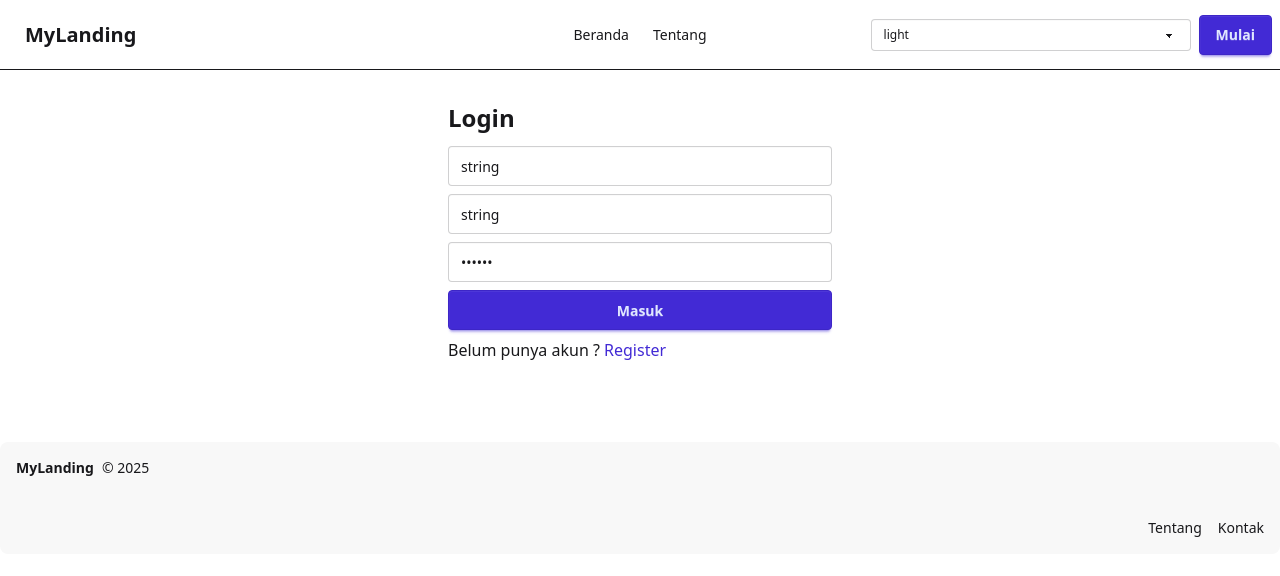
Repository: khulqu15/reactjs-learn
Page: /login (app in day3/)
The author's editor kept a copy of each file at every save. The page is drawn from the files as they stood at one save, then again after the next save.
The browser window is 1280 px wide. The pictures show the whole page.
The project was rebuilt for these pictures with package versions that can differ from the ones it lists, and the page was loaded fresh each time. Also part of the build but not shown: day3/vite.config.js, day3/src/components/Hero.jsx, day3/src/pages/Home.jsx, day3/src/pages/About.jsx, day3/src/routes/ProtectedRoute.jsx, day3/src/pages/Register.jsx, day3/src/pages/Weather.jsx.

Above is the page before, as saved 2025-09-25 00:34:40.

After the next save:
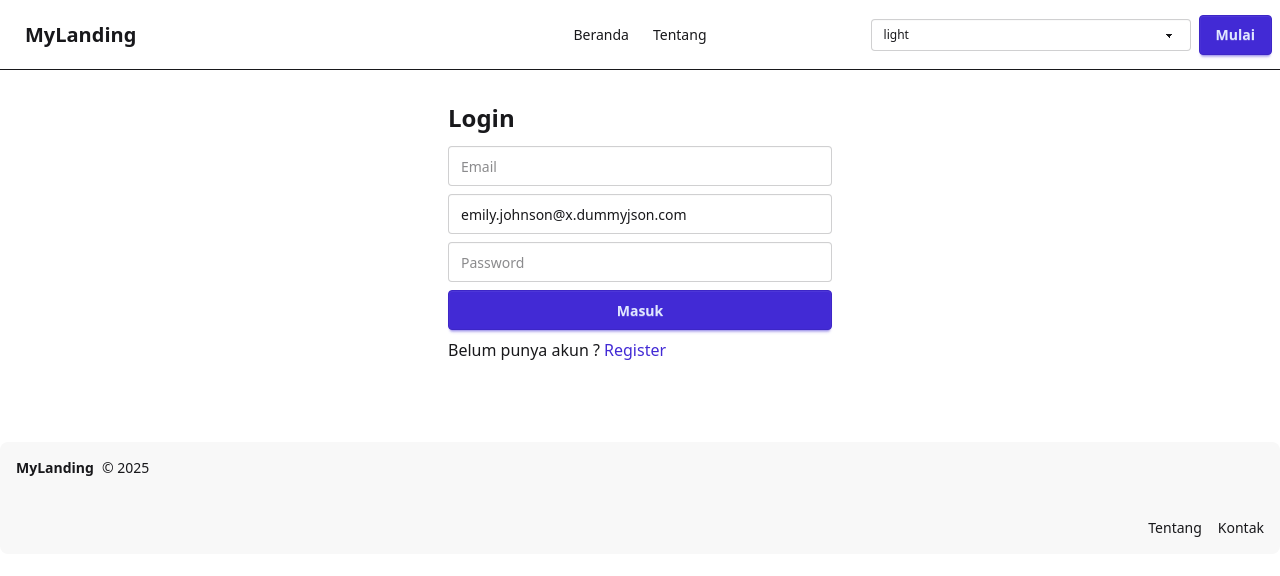
Saved 3 min 2 s later.
--- a/day3/src/pages/Login.jsx
+++ b/day3/src/pages/Login.jsx
@@ -4,9 +4,9 @@ import { useAuth } from "../context/AuthContext";
 import { useNavigate } from "react-router-dom";
 
 export default function Login() {
-  const [username, setUsername] = useState("string");
-  const [email, setEmail] = useState("string");
-  const [password, setPassword] = useState("string");
+  const [username, setUsername] = useState("");
+  const [email, setEmail] = useState("emily.johnson@x.dummyjson.com");
+  const [password, setPassword] = useState("");
   const [loading, setLoading] = useState(false);
   const [err, setErr] = useState("");
   const { login } = useAuth();
@@ -17,8 +17,7 @@ export default function Login() {
     try {
       const { data } = await api.post("https://reqres.in/api/login", { username, email, password }, {
         headers: {
-            'x-api-key': 'reqres-free-v1',
-            'Content-Type': 'application/json'
+            'x-api-key': 'reqres-free-v1'
         }
       });
       login(data.token);
